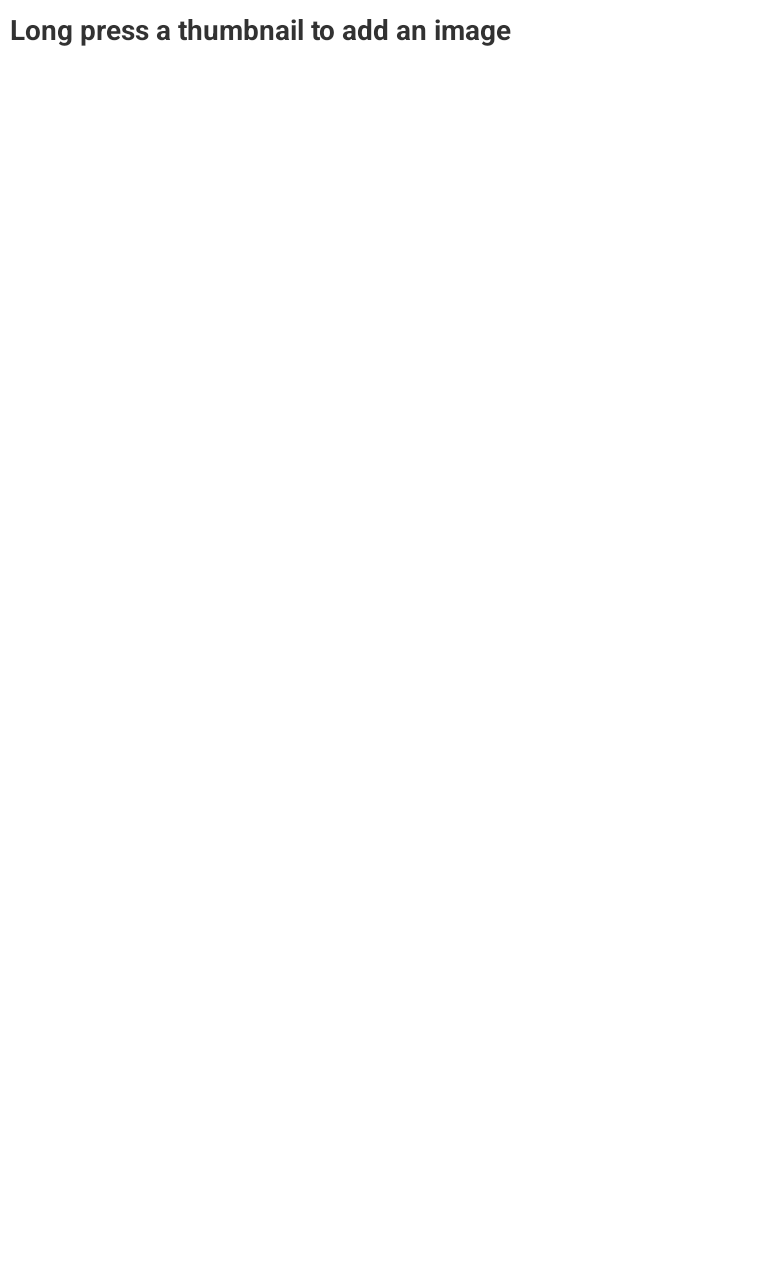
Repository: FreyrChen/tucan_Linux_practice
Layout: 4_Android_program/PictureTest/res/layout/activity_pic_select.xml
These files come from the project's save history. The layout is drawn as it stood at one moment and after the next save; the edit follows.
It is drawn on a 768 x 1280 px phone screen (xhdpi) without system bars, with theme AppTheme; the app's code is not run.

Above is the layout before, as saved 2012-12-30 00:48:28.

After the next save:
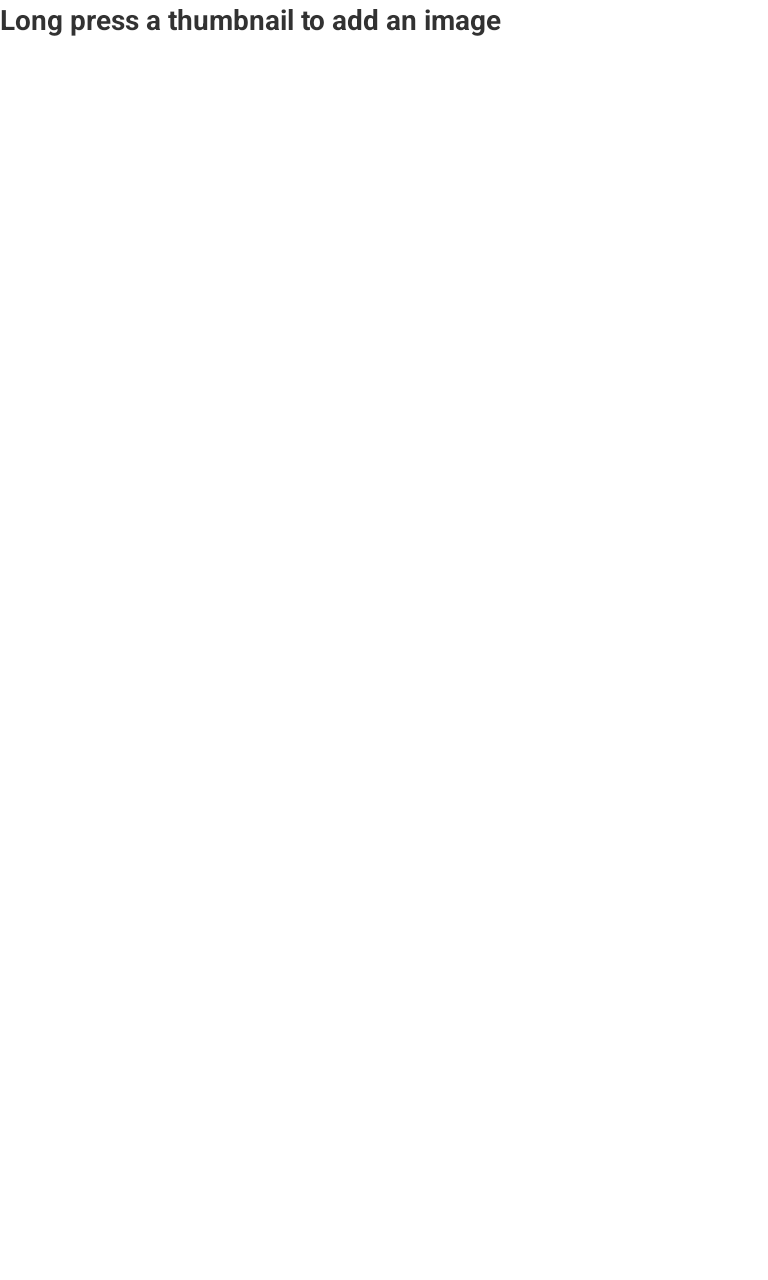
Saved 23 s later.
--- a/4_Android_program/PictureTest/res/layout/activity_pic_select.xml
+++ b/4_Android_program/PictureTest/res/layout/activity_pic_select.xml
@@ -7,7 +7,6 @@
     <TextView
         android:layout_width="wrap_content"
         android:layout_height="wrap_content"
-        android:padding="5dp"
         android:text="@string/select_intro"
         android:gavity="center"
         android:textStyle="bold" />
